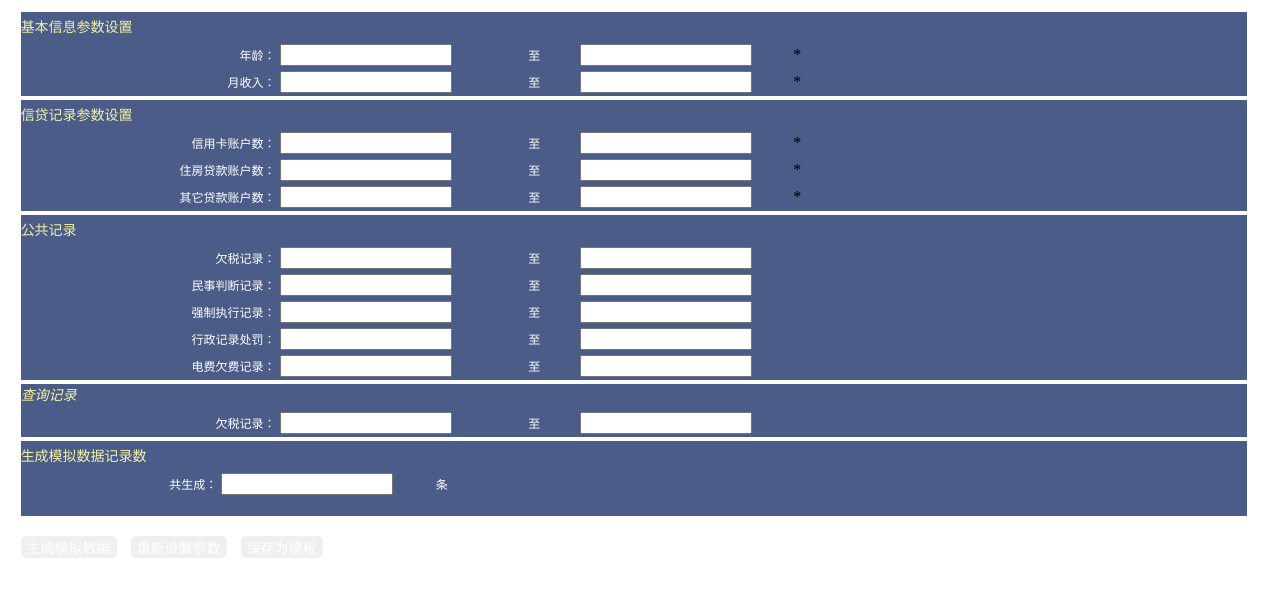
Repository: trieyouth/BigData
Page: http://localhost/BigData/WEB-INF/views/client-credit-analyse-system/data-collect/generateData.jsp
These files come from the project's save history. The page is drawn as it stood at one moment and after the next save; the edit follows.
The browser window is 1280 px wide. The pictures show the whole page.
The page is served by Tomcat 9. Nobody is signed in. The template is opened directly, without the code that normally fills it, so the values that code supplies are empty.

Above is the page before, as saved 2016-03-07 08:59:22.

After the next save:
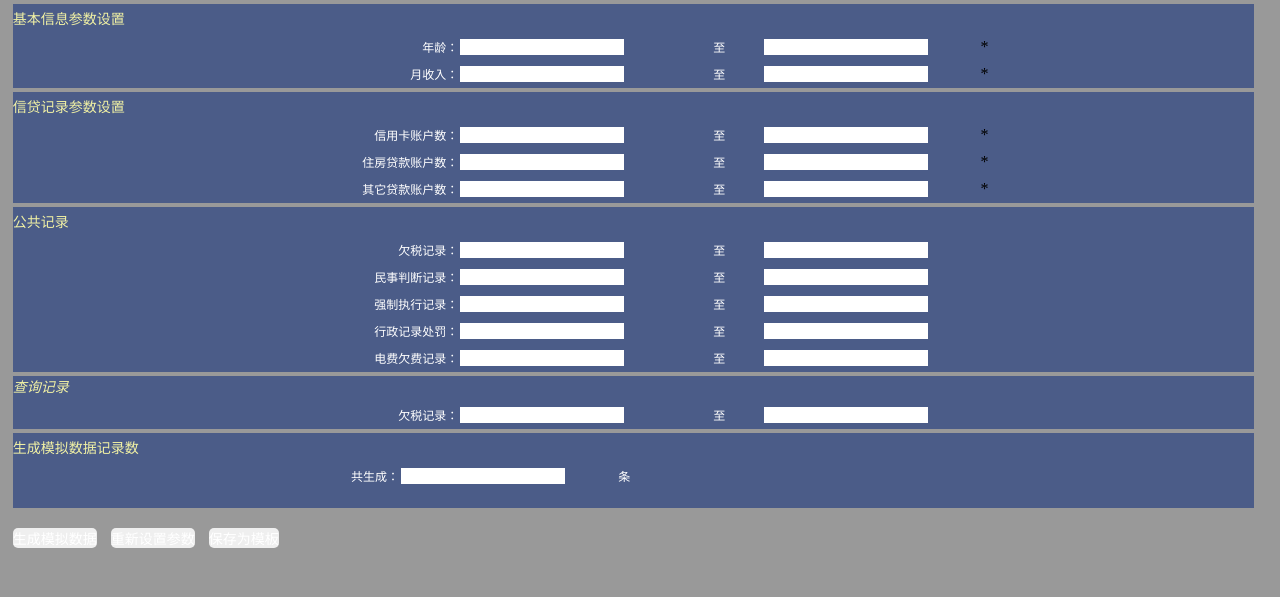
Saved 3 min 32 s later.
--- a/BigData/WebRoot/WEB-INF/views/client-credit-analyse-system/data-collect/generateData.jsp
+++ b/BigData/WebRoot/WEB-INF/views/client-credit-analyse-system/data-collect/generateData.jsp
@@ -19,7 +19,8 @@ String basePath = request.getScheme()+"://"+request.getServerName()+":"+request.
 	<meta http-equiv="keywords" content="keyword1,keyword2,keyword3">
 	<meta http-equiv="description" content="This is my page">
      <link href="<c:url value="/css/mycss.css"/>" rel="stylesheet" type="text/css">
-
+ <link href="<c:url value="/css/style.css"/>" rel="stylesheet" type="text/css">
+<link href="<c:url value="/css/mycss.css"/>" rel="stylesheet" type="text/css">
   </head>
 
   <body>
